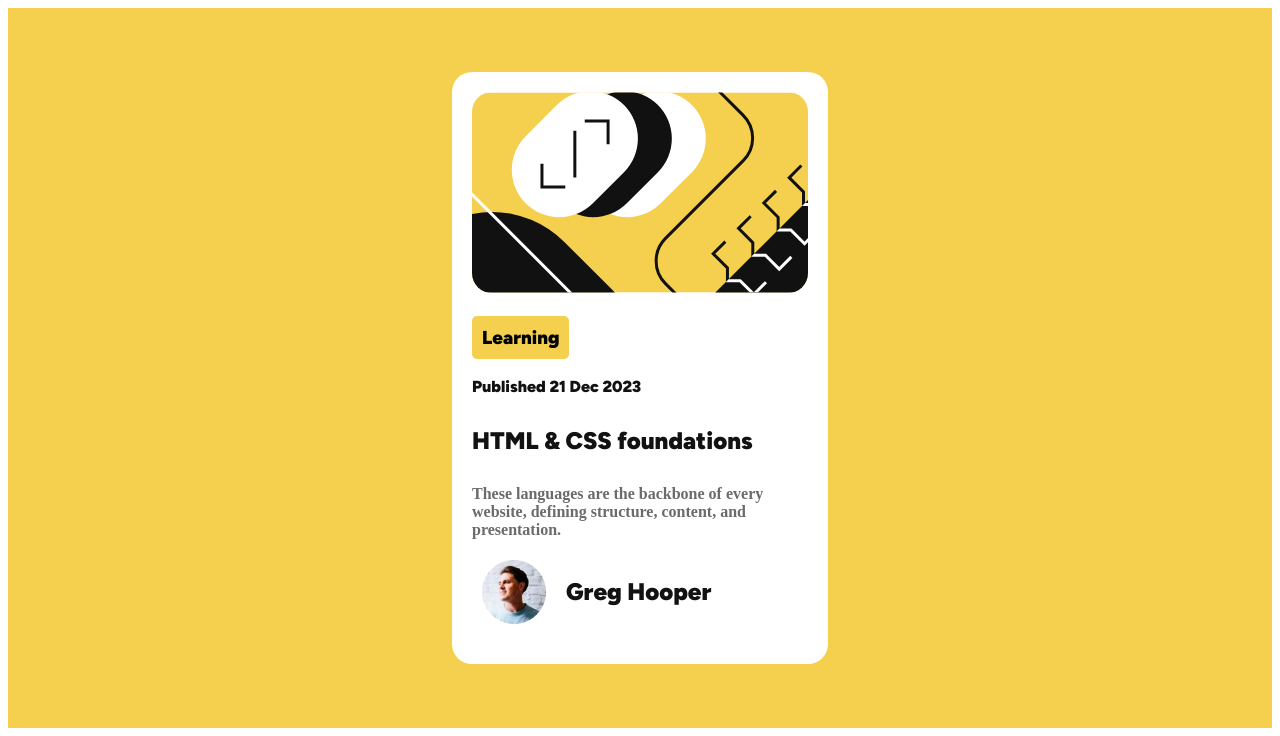
Repository: reemoon-ctrl/blog-preview-card
Page: index.html
These files come from the project's save history. The page is drawn as it stood at one moment and after the next save; the edit follows.
The browser window is 1280 px wide. The pictures show the whole page.

Above is the page before, as saved 2024-07-19 15:02:05.

After the next save:
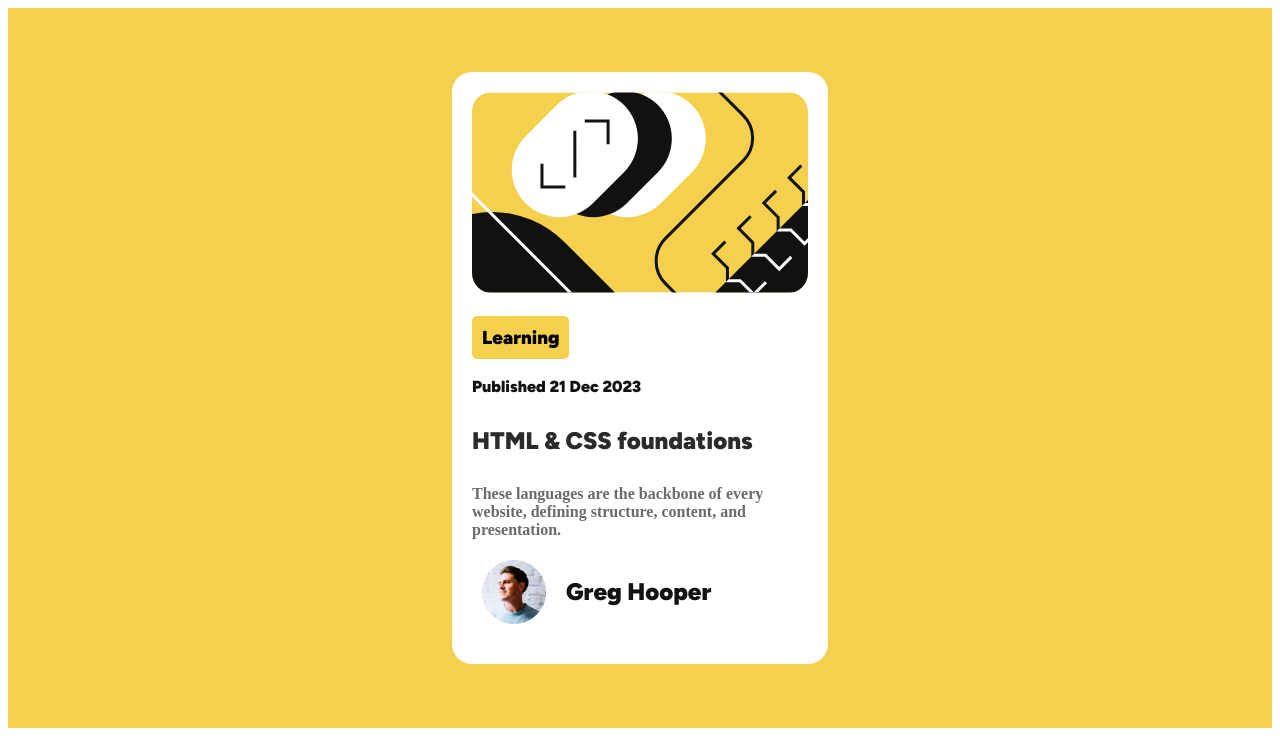
Saved 67 s later.
--- a/index.css
+++ b/index.css
@@ -52,7 +52,7 @@
     font-optical-sizing: auto;
     font-weight: 900;
     font-style: normal;
-    color: hsl(0, 0%, 7%);
+    color: hsl(0, 0%, 17%);
 
 }
 .blog-discrip{
